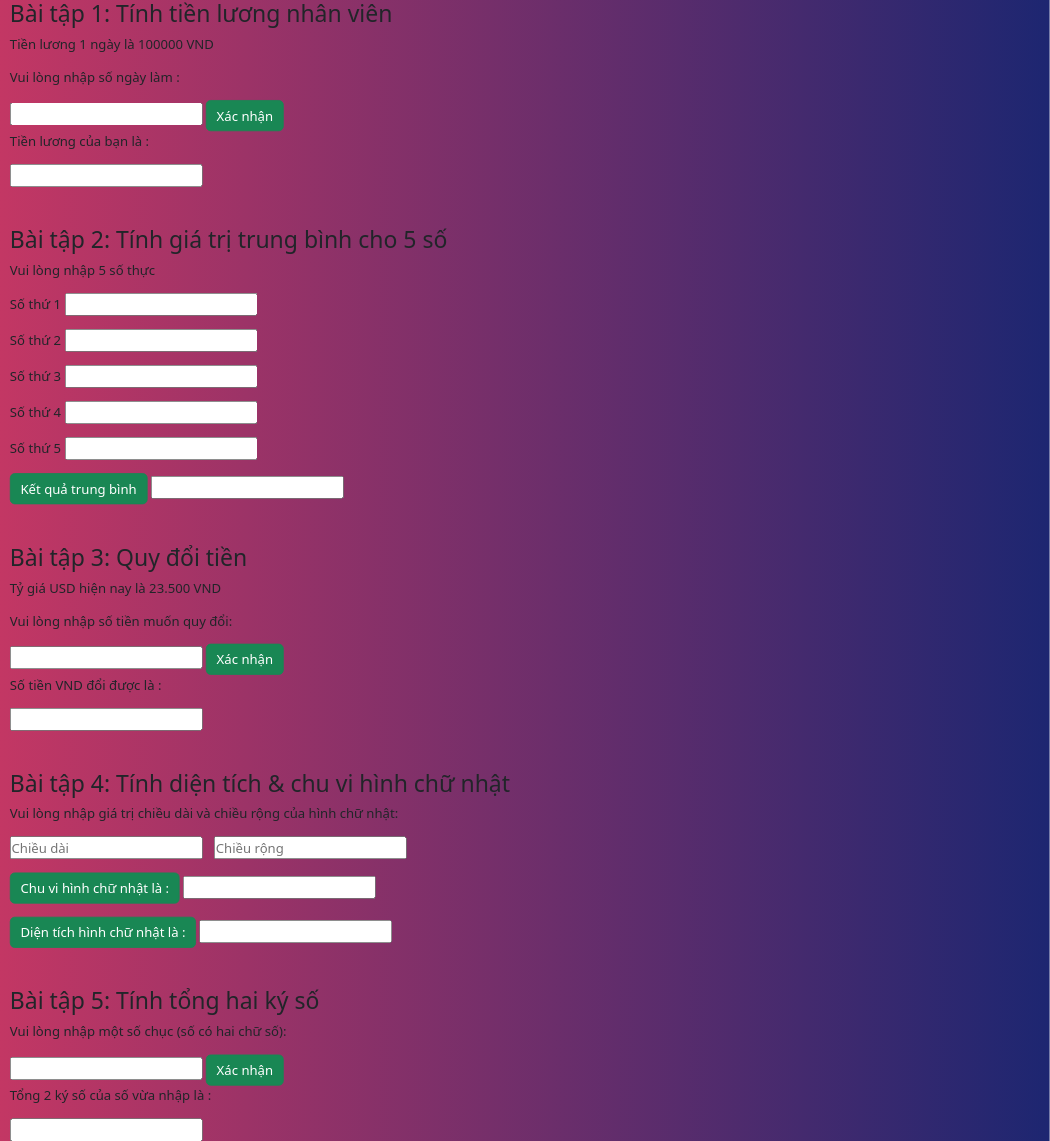
Repository: hcozyph/TranHuuPhuoc_BC43_BT_JS_Buoi2
Page: index.html
The author's editor kept a copy of each file at every save. The page is drawn from the files as they stood at one save, then again after the next save.
The browser window is 1280 px wide. The pictures show the whole page, at 82% of full size.

Above is the page before, as saved 2023-02-03 20:18:39.

After the next save:
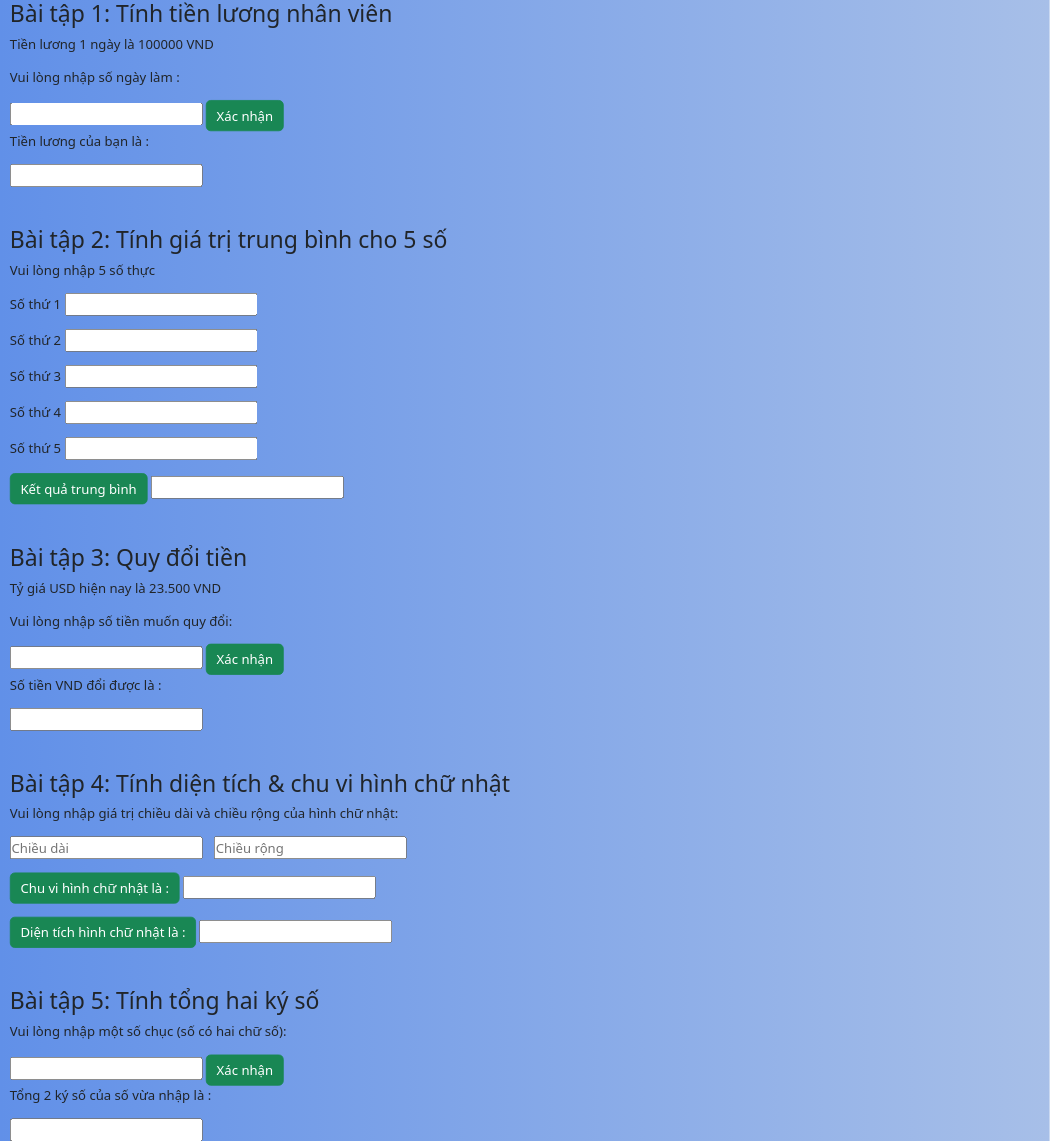
Saved 25 s later.
--- a/style/index.css
+++ b/style/index.css
@@ -13,7 +13,11 @@
 }
 
 .btvn {
-    background: linear-gradient(to right, rgb(195, 55, 100), rgb(29, 38, 113));
+    background: linear-gradient(
+        to right,
+        rgb(97, 144, 232),
+        rgb(167, 191, 232)
+    );
     background-repeat: no-repeat;
     background-size: cover;
 }
